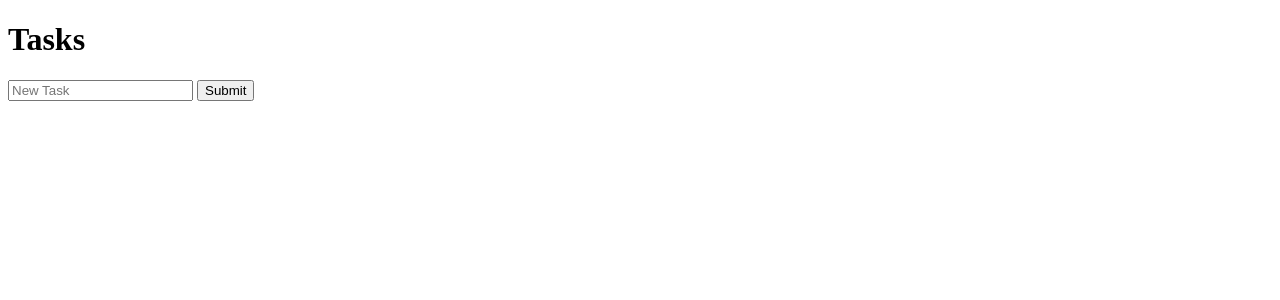
Repository: sofia123776/WEBPROGRAMMING
Page: task.html
These files come from the project's save history. The page is drawn as it stood at one moment and after the next save; the edit follows.
The browser window is 1280 px wide. The pictures show the whole page.

Above is the page before, as saved 2025-11-10 11:12:44.
Console error: TypeError: Cannot set properties of null (setting 'disabled')

After the next save:
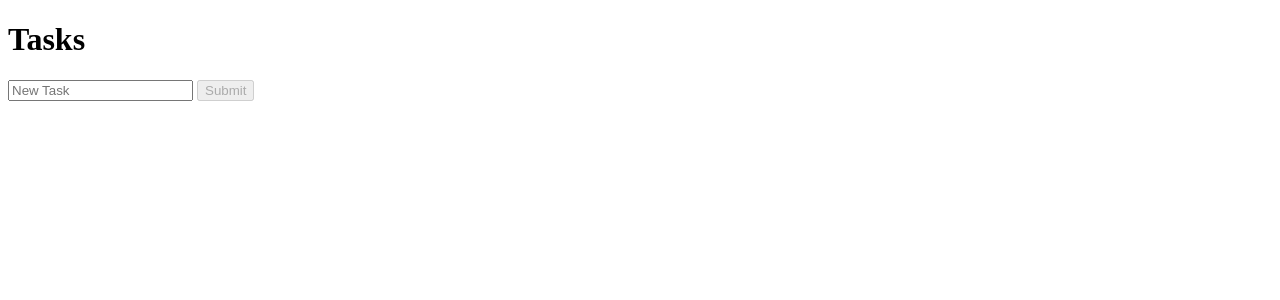
The error is gone.
Saved 104 s later.
--- a/task.html
+++ b/task.html
@@ -7,7 +7,7 @@
     <script>
         document.addEventListener('DOMContentLoaded', function() {
 
-            document.querySelector('submit').disabled = true;
+            document.querySelector('#submit').disabled = true;
             document.querySelector('form').onsubmit = function() {
                 const task  = document.querySelector('#task').value;
 
